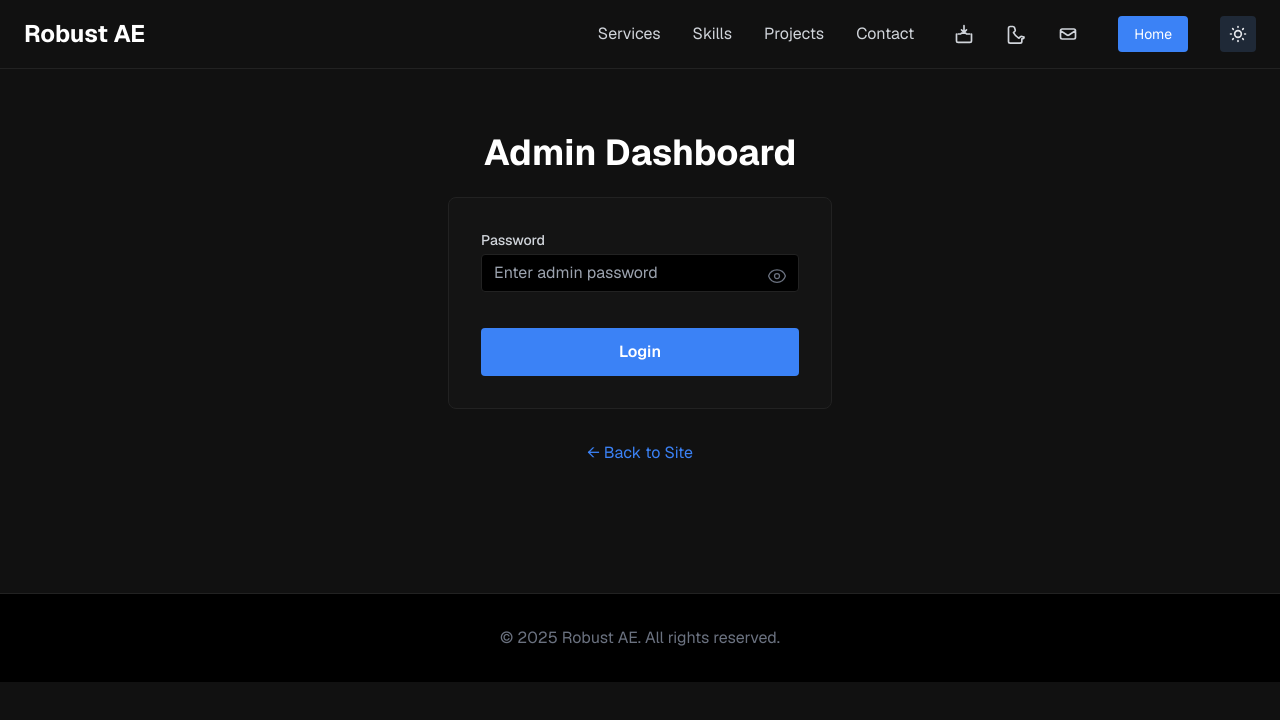
Repository: b0ase/robust-ae.com
Page: /admin
These files come from the project's save history. The page is drawn as it stood at one moment and after the next save; the edit follows.
The browser window is 1280 px wide. The pictures show the whole page.
The page's requests for data from a server got no answer. The project was rebuilt for these pictures with package versions that can differ from the ones it lists, and the page was loaded fresh each time. The framework's server and built-in components were replaced by stand-ins that run in the browser. No one was signed in, and anything a server would have sent is missing. Also part of the build but not shown: next.config.ts.

Above is the page before, as saved 2025-05-05 16:29:40.

### src/app/layout.tsx
import type { Metadata } from "next";
import { Geist, Geist_Mono, Roboto_Mono } from "next/font/google";
import "./globals.css";
// import Providers from "./providers"; // Ensure this import is removed or commented out

const geistSans = Geist({
  variable: "--font-geist-sans",
  subsets: ["latin"],
});

const geistMono = Geist_Mono({
  variable: "--font-geist-mono",
  subsets: ["latin"],
});

const robotoMono = Roboto_Mono({
  variable: "--font-roboto-mono",
  subsets: ["latin"],
  weight: ["400", "700"]
});

export const metadata: Metadata = {
  title: "Robust AE - Automation & Embedded Systems",
  description: "Robust AE Ltd offers expert embedded systems development, industrial automation solutions, and prototyping services.",
};

export default function RootLayout({
  children,
}: Readonly<{
  children: React.ReactNode;
}>) {
  return (
    <html lang="en">
      {/* Ensure no Provider wrapper here */}
      <body className={`${geistSans.variable} ${geistMono.variable} ${robotoMono.variable} antialiased`}>
        {children}
      </body>
    </html>
  );
}

### src/app/admin/layout.tsx
import SharedLayout from '../shared-layout';

export default function AdminLayout({ children }: { children: React.ReactNode }) {
  // You might want to add admin-specific checks or context here later
  return <SharedLayout>{children}</SharedLayout>;
}

### src/app/globals.css
@tailwind base;
@tailwind components;
@tailwind utilities;

/* Custom styles below */
:root {
  --background: #000000;  /* Pure black background */
  --foreground: #ffffff;
}

/* Override default dark mode preferences */
@media (prefers-color-scheme: dark) {
  :root {
    --background: #000000;
    --foreground: #ffffff;
  }
}

body {
  background: var(--background);
  color: var(--foreground);
  font-family: var(--font-geist-sans, Arial, Helvetica, sans-serif);
}

/* Custom link styling */
a {
  transition: color 0.2s ease;
}

/* Custom blue accent color to match b0ase.com */
.accent-blue {
  color: #0141ff;
}

/* Service card styling */
.service-card {
  transition: transform 0.2s ease, box-shadow 0.2s ease;
}

.service-card:hover {
  transform: translateY(-3px);
}

### src/app/shared-layout.tsx
"use client"; // Mark as Client Component for theme state

import React, { useState, useEffect } from 'react';
import Link from 'next/link';

// This component defines the shared structure (header, footer, theme)
export default function SharedLayout({ children }: { children: React.ReactNode }) {
  // State for theme management - default to dark to match b0ase.com
  const [theme, setTheme] = useState('dark');

  // Effect to apply theme class and set initial state
  useEffect(() => {
    if (theme === 'dark') {
      document.documentElement.classList.add('dark');
    } else {
      document.documentElement.classList.remove('dark');
    }
    // Optional: Save theme preference to localStorage if needed
  }, [theme]);

  // Function to toggle theme
  const toggleTheme = () => {
    setTheme(theme === 'light' ? 'dark' : 'light');
  };

  return (
    <div className="bg-b0ase-dark text-gray-300 min-h-screen">
      {/* Header Section */}
      <header className="sticky top-0 z-50 bg-b0ase-dark border-b border-b0ase-card-border">
        <nav className="container mx-auto px-6 py-4 flex justify-between items-center">
          <div>
            <Link href="/newsite" className="text-2xl font-bold font-[var(--font-roboto-mono)] text-white hover:text-b0ase-blue transition-colors">
              Robust AE
            </Link>
          </div>
          <div className="flex items-center space-x-8">
            <Link href="#services" className="text-gray-300 hover:text-white">Services</Link>
            <Link href="#skills" className="text-gray-300 hover:text-white">Skills</Link>
            <Link href="#projects" className="text-gray-300 hover:text-white">Projects</Link>
            <Link href="#contact" className="text-gray-300 hover:text-white">Contact</Link>

            {/* Icon links */}
            <div className="flex items-center space-x-4">
              {/* Download CV icon */}
              <a href="/images/logos/George_Haworth_CV_23042025.pdf" download className="p-2 rounded hover:text-white" title="Download CV">
                <svg xmlns="http://www.w3.org/2000/svg" className="h-5 w-5" fill="none" viewBox="0 0 24 24" stroke="currentColor">
                  <path strokeLinecap="round" strokeLinejoin="round" strokeWidth={2} d="M12 2v8m0 0l-3-3m3 3l3-3M21 12v8a2 2 0 01-2 2H5a2 2 0 01-2-2v-8m16 0h-4l-1-1H9l-1 1H5" />
                </svg>
              </a>
              {/* Phone icon */}
              <a href="tel:07447544890" className="p-2 rounded hover:text-white" title="Call: 07447 544 890">
                <svg xmlns="http://www.w3.org/2000/svg" className="h-5 w-5" fill="none" viewBox="0 0 24 24" stroke="currentColor">
                  <path strokeLinecap="round" strokeLinejoin="round" strokeWidth={2} d="M3 5a2 2 0 012-2h3.28a2 2 0 011.89 1.316l.834 2.503a2 2 0 01-.45 2.005l-1.562 1.562a16.06 16.06 0 006.586 6.586l1.562-1.562a2 2 0 012.005-.45l2.503.834A2 2 0 0119 17.72V21a2 2 0 01-2 2H5a2 2 0 01-2-2v-3.28z" />
                </svg>
              </a>
              {/* Email icon */}
              <a href="mailto:info@robust-ae.com" className="p-2 rounded hover:text-white" title="Email: info@robust-ae.com">
                <svg xmlns="http://www.w3.org/2000/svg" className="h-5 w-5" fill="none" viewBox="0 0 24 24" stroke="currentColor">
                  <path strokeLinecap="round" strokeLinejoin="round" strokeWidth={2} d="M3 8l7.89 5.26a2 2 0 002.22 0L21 8m0 8a2 2 0 01-2 2H5a2 2 0 01-2-2V8a2 2 0 012-2h14a2 2 0 012 2v8z" />
                </svg>
              </a>
            </div>

            <Link href="/" className="bg-b0ase-blue text-white text-sm px-4 py-2 rounded hover:bg-opacity-80 transition">Home</Link>

            {/* Theme Toggle Button */}
            <button
              onClick={toggleTheme}
              className="p-2 rounded bg-gray-800 hover:bg-gray-700 transition"
              aria-label="Toggle theme"
            >
              {theme === 'light' ? (
                <svg xmlns="http://www.w3.org/2000/svg" className="h-5 w-5 text-gray-200" fill="none" viewBox="0 0 24 24" stroke="currentColor"><path strokeLinecap="round" strokeLinejoin="round" strokeWidth={2} d="M20.354 15.354A9 9 0 018.646 3.646 9.003 9.003 0 0012 21a9.003 9.003 0 008.354-5.646z" /></svg>
              ) : (
                <svg xmlns="http://www.w3.org/2000/svg" className="h-5 w-5 text-gray-200" fill="none" viewBox="0 0 24 24" stroke="currentColor"><path strokeLinecap="round" strokeLinejoin="round" strokeWidth={2} d="M12 3v1m0 16v1m9-9h-1M4 12H3m15.364 6.364l-.707-.707M6.343 6.343l-.707-.707m12.728 0l-.707.707M6.343 17.657l-.707.707M16 12a4 4 0 11-8 0 4 4 0 018 0z" /></svg>
              )}
            </button>
          </div>
        </nav>
      </header>

      {/* Render the actual page content here */}
      <main>{children}</main>

      {/* Footer Section */}
      <footer className="bg-black text-gray-500 py-8 mt-16 border-t border-b0ase-card-border">
        <div className="container mx-auto text-center">
          <p>© {new Date().getFullYear()} Robust AE. All rights reserved.</p>
        </div>
      </footer>
    </div>
  );
}

### src/lib/supabaseClient.ts
import { createClient } from '@supabase/supabase-js';

// Supabase credentials from environment variables
const supabaseUrl = process.env.NEXT_PUBLIC_SUPABASE_URL!;
const supabaseAnonKey = process.env.NEXT_PUBLIC_SUPABASE_ANON_KEY!;

// Create a single supabase client for use in server/client
export const supabase = createClient(supabaseUrl, supabaseAnonKey);

### tailwind.config.ts
import type { Config } from "tailwindcss";

const config: Config = {
  content: [
    "./src/pages/**/*.{js,ts,jsx,tsx,mdx}",
    "./src/components/**/*.{js,ts,jsx,tsx,mdx}",
    "./src/app/**/*.{js,ts,jsx,tsx,mdx}",
  ],
  darkMode: "class", // Enable class-based dark mode
  theme: {
    extend: {
      colors: {
        'b0ase-blue': '#3b82f6',
        'b0ase-dark': '#111111',
        'b0ase-card': '#141414',
        'b0ase-card-border': '#222222',
        'b0ase-gray': {
          400: '#a3a3a3',
          500: '#737373',
          600: '#525252',
          700: '#404040',
          800: '#262626',
          900: '#171717',
        }
      },
      backgroundImage: {
        "gradient-radial": "radial-gradient(var(--tw-gradient-stops))",
        "gradient-conic":
          "conic-gradient(from 180deg at 50% 50%, var(--tw-gradient-stops))",
      },
    },
  },
  plugins: [],
};
export default config;

Loaded but not shown: src/app/admin/page.tsx (895 lines, source omitted)

After the next save:
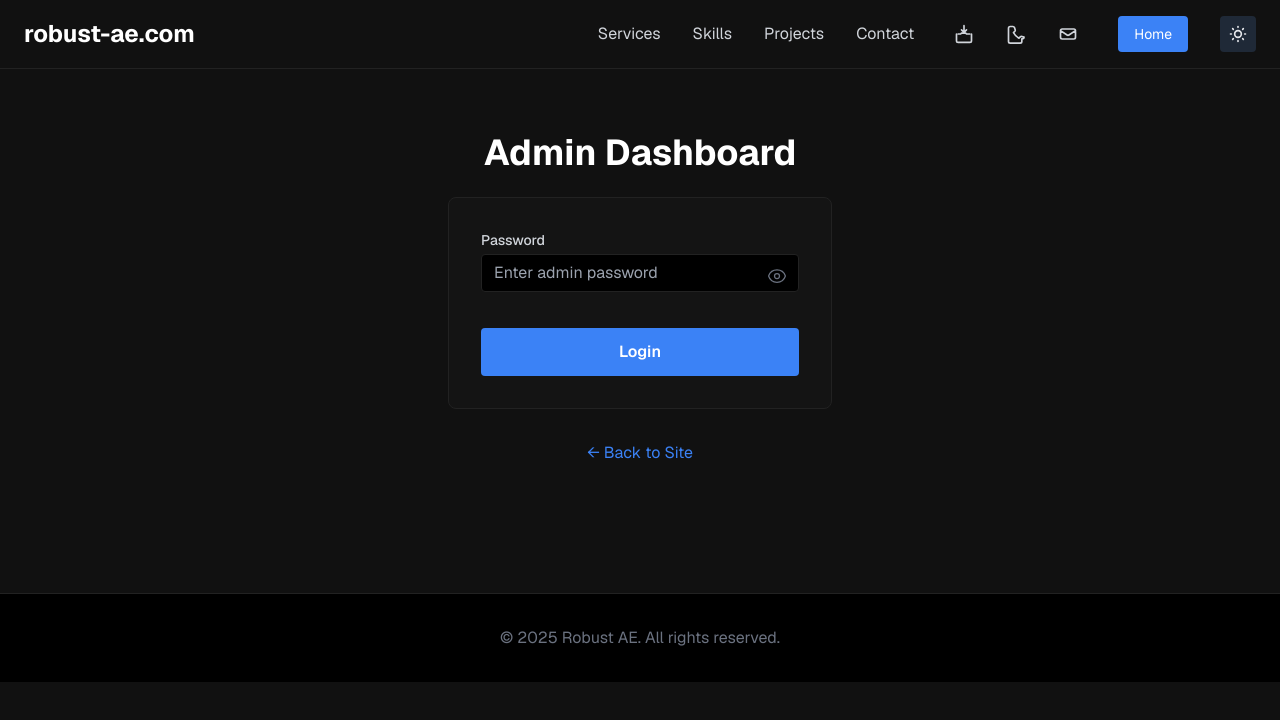
Saved 6 min 42 s later.
--- a/src/app/shared-layout.tsx
+++ b/src/app/shared-layout.tsx
@@ -30,7 +30,7 @@
         <nav className="container mx-auto px-6 py-4 flex justify-between items-center">
           <div>
             <Link href="/newsite" className="text-2xl font-bold font-[var(--font-roboto-mono)] text-white hover:text-b0ase-blue transition-colors">
-              Robust AE
+              robust-ae.com
             </Link>
           </div>
           <div className="flex items-center space-x-8">
